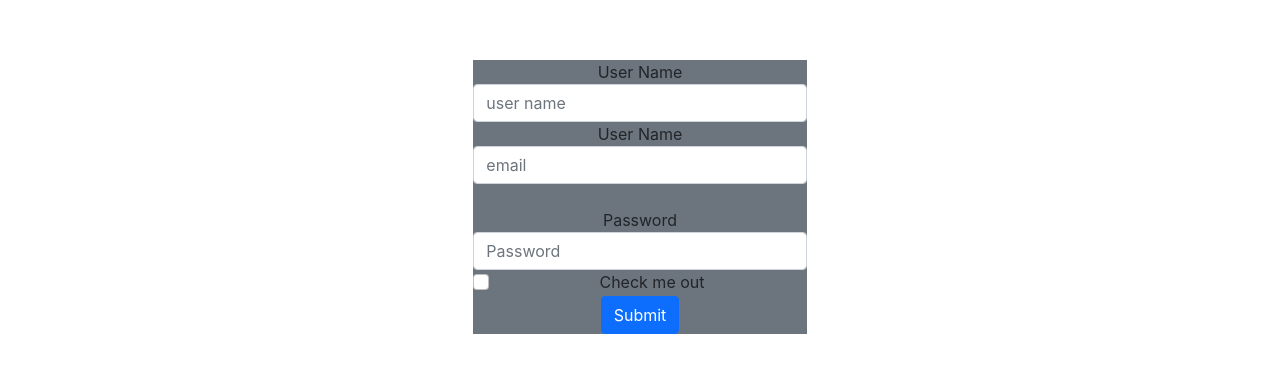
Repository: Osomhe1/bitmama2
Page: /
The author's editor kept a copy of each file at every save. The page is drawn from the files as they stood at one save, then again after the next save.
The browser window is 1280 px wide. The pictures show the whole page.
The project was rebuilt for these pictures with package versions that can differ from the ones it lists, and the page was loaded fresh each time. Also part of the build but not shown: src/component/Logout.js.

Above is the page before, as saved 2022-05-10 10:59:06.

### src/index.js
import React from 'react';
import ReactDOM from 'react-dom/client';
import 'bootstrap/dist/css/bootstrap.min.css';
import './index.css';
import App from './App';
import reportWebVitals from './reportWebVitals';
import { Provider } from 'react-redux';
import store from './app/store'

const root = ReactDOM.createRoot(document.getElementById('root'));
root.render(
  <React.StrictMode>
    <Provider store={store}>
      <App />
    </Provider>
  </React.StrictMode>
)

// If you want to start measuring performance in your app, pass a function
// to log results (for example: reportWebVitals(console.log))
// or send to an analytics endpoint. Learn more: https://bit.ly/CRA-vitals
reportWebVitals();

### src/App.js
import { useSelector } from 'react-redux';
import './App.css';
import Login from './component/Login';
import Logout from './component/Logout';
import { selectUser } from './featuers/slice';

function App() {

  const user = useSelector(selectUser)

  return <div className='App'>
    {user ? <Logout /> : <Login />}
  </div>
}

export default App;

### src/app/store.js
import { configureStore } from "@reduxjs/toolkit";
import  userReducer  from "../featuers/slice";

export default configureStore({
    reducer:{
        user : userReducer
    },
})

### src/App.css
.App {
  text-align: center;
  max-width: 1000px;
  margin: auto;
}

.login-form{
  margin-top: 60px !important;
  padding: auto !important;

}

.user__name{
  color: blueviolet !important;
}

### src/component/Login.js
import React, { useState } from 'react'
import { useDispatch } from 'react-redux'
import { login } from '../featuers/slice'

export default function Login() {

    const [user_name, setUser_name] = useState('')
    const [email, setEmail] = useState('')
    const [password, setPassword] = useState('')

    const dispatch = useDispatch

    const handleSubmit =(e) =>{
        e.preventDefault();
        dispatch(login({
            name:user_name,
            email:email,
            password:password,
            loggedIn:true

        }))

    }

  return (
    <div>
      <form
        onSubmit={handleSubmit}
        className='col-sm-12 col-md-6 col-lg-4 m-auto mt-10 bg-secondary login-form'
      >
        <div className='form-group'>
          <label htmlFor='inputUser_nameLabel'>User Name</label>
          <input
            type='name'
            className='form-control'
            id='inputUser_name'
            aria-describedby='emailHelp'
            placeholder='user name'
            value={user_name}
            onChange={(e) => setUser_name(e.target.value)}
          />
          <label htmlFor='inputUser_nameLabel'>User Name</label>
          <input
            type='email'
            className='form-control'
            id='inputEmail'
            aria-describedby='emailHelp'
            placeholder='email'
            value={email}
            onChange={(e) => setEmail(e.target.value)}
          />
          <small id='emailHelp' className='form-text text-muted'>
            We'll never share your email with anyone else.
          </small>
        </div>
        <div className='form-group'>
          <label htmlFor='inputPasswordLabel'>Password</label>
          <input
            type='password'
            className='form-control'
            id='inputPassword'
            placeholder='Password'
            value={password}
            onChange={(e) => setPassword(e.target.value)}
          />
        </div>
        <div className='form-check'>
          <input
            type='checkbox'
            className='form-check-input'
            id='exampleCheck1'
          />
          <label className='form-check-label' htmlFor='exampleCheck1'>
            Check me out
          </label>
        </div>
        <button type='submit' className='btn btn-primary'>
          Submit
        </button>
      </form>
    </div>
  )
}

### src/featuers/slice.js
import { createSlice } from "@reduxjs/toolkit";

export const userSlice = createSlice({
    name:'user',
    initialState:{
        user:null
    },
    reducers:{
        login:(state, action) =>{
            state.user = action.payload;
        },
        logout:(state) =>{
            state.user = null
        }
    }
})

export const { login , logout} = userSlice.action || {};

export const selectUser = (state) => state.user.user;
export default userSlice.reducer;

Loaded but not shown: public/index.html (common file); src/index.css (common file); src/reportWebVitals.js (common file)

After the next save:
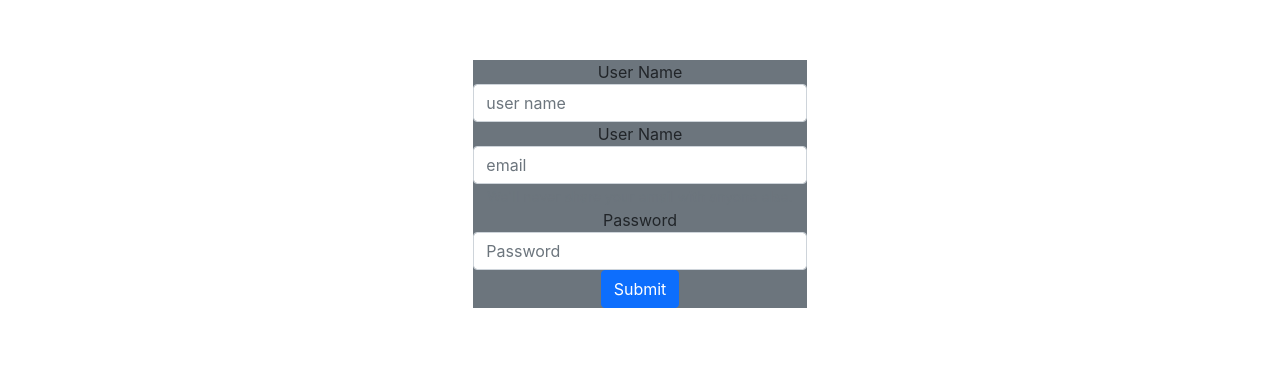
Saved 43 s later.
--- a/src/component/Login.js
+++ b/src/component/Login.js
@@ -64,16 +64,7 @@ export default function Login() {
             onChange={(e) => setPassword(e.target.value)}
           />
         </div>
-        <div className='form-check'>
-          <input
-            type='checkbox'
-            className='form-check-input'
-            id='exampleCheck1'
-          />
-          <label className='form-check-label' htmlFor='exampleCheck1'>
-            Check me out
-          </label>
-        </div>
+
         <button type='submit' className='btn btn-primary'>
           Submit
         </button>
